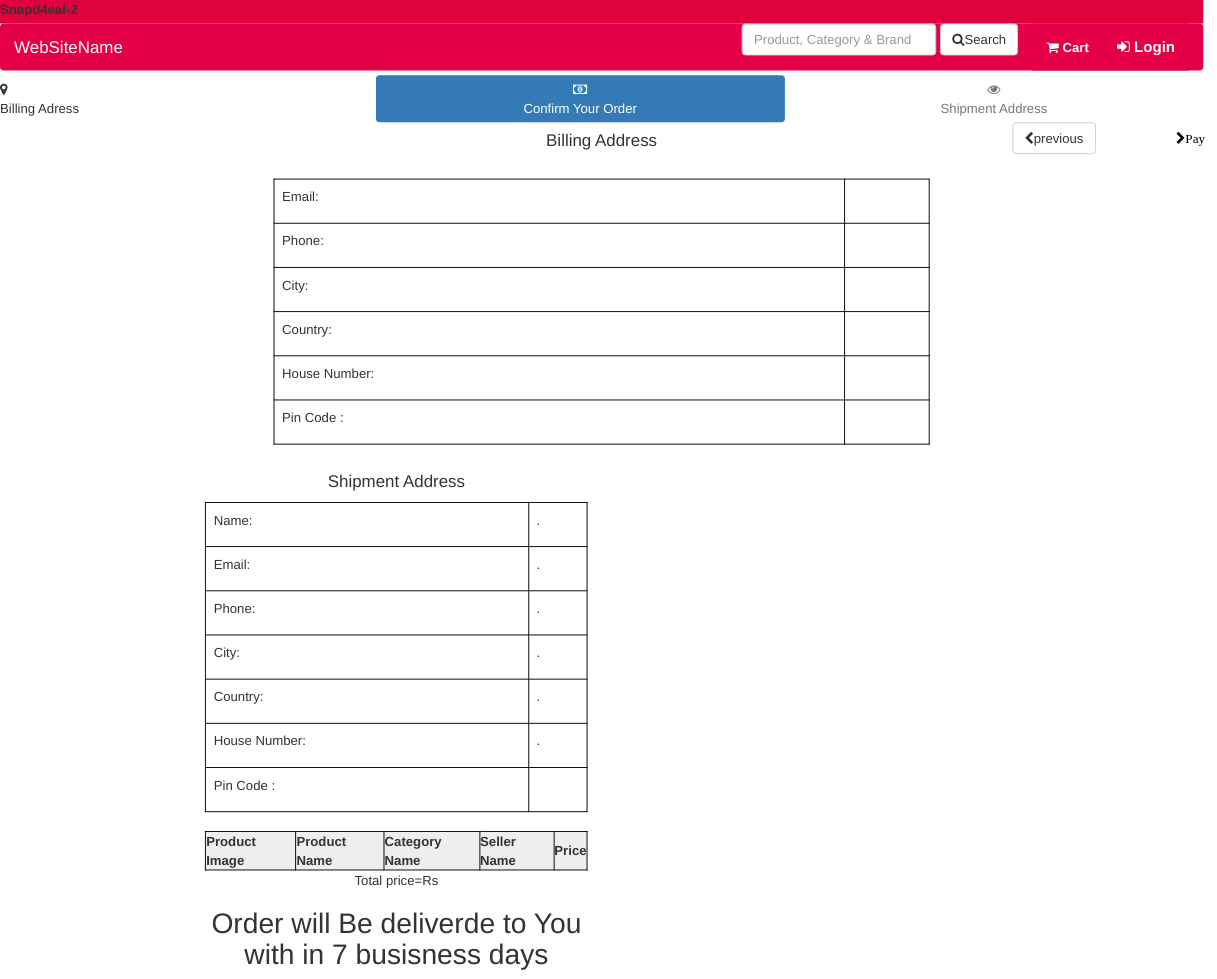
Repository: Aryans26/project
Page: http://localhost/frontend/WEB-INF/views/orderconfirm.jsp
The author's editor kept a copy of each file at every save. The page is drawn from the files as they stood at one save, then again after the next save.
The browser window is 1280 px wide. The page is 1295 px wide, so the pictures cover 1295 px, including what lies to the right of the window. The pictures show the whole page, at 94% of full size.
Some web libraries are served in a nearby version. The page is served by Tomcat 9. Nobody is signed in. The template is opened directly, without the code that normally fills it, so the values that code supplies are empty.

Above is the page before, as saved 2017-06-21 07:21:43.

After the next save:
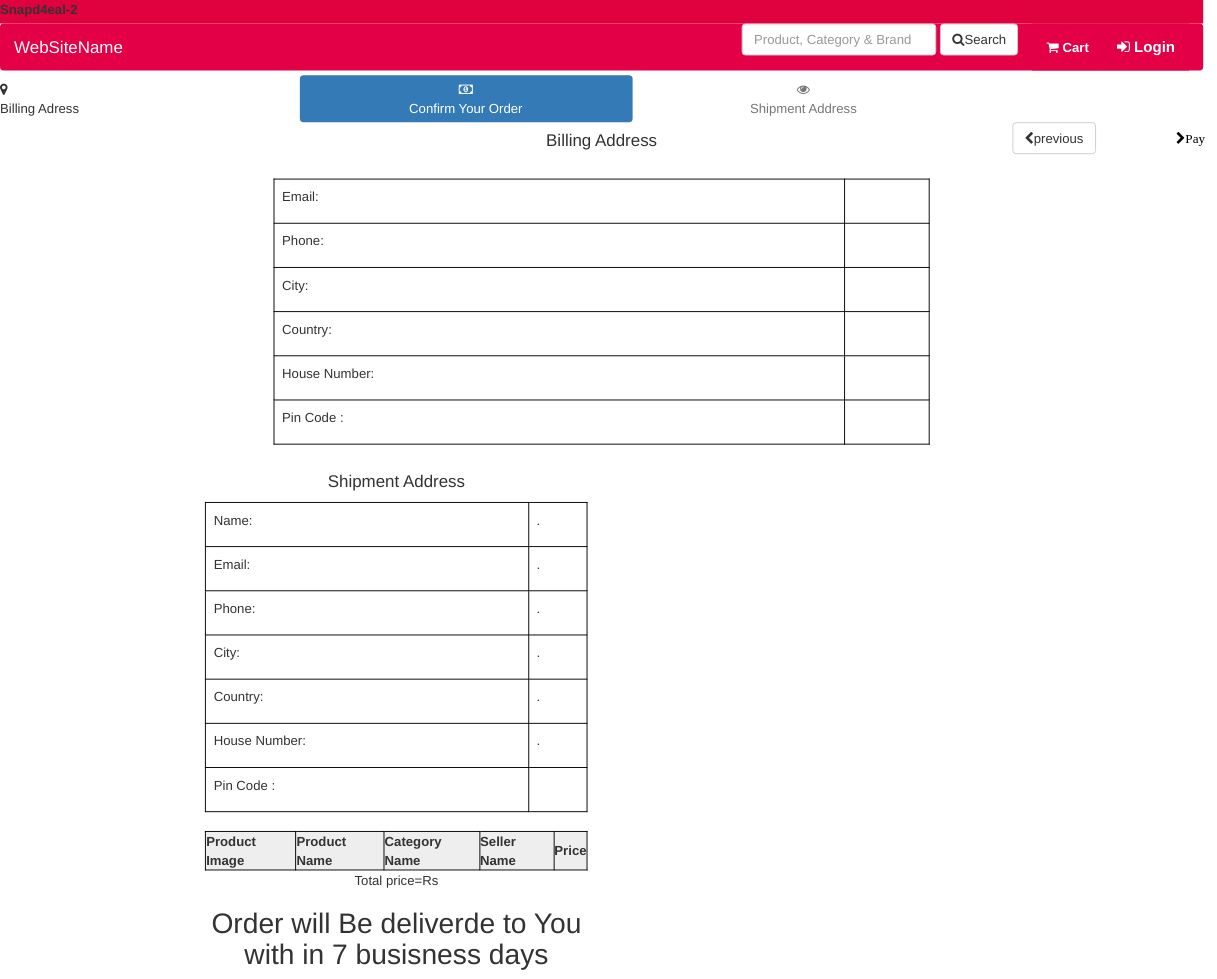
Saved 95 s later.
--- a/frontend/src/main/webapp/WEB-INF/views/orderconfirm.jsp
+++ b/frontend/src/main/webapp/WEB-INF/views/orderconfirm.jsp
@@ -19,6 +19,7 @@
 	<%@include file="navbar.jsp"%>
 
 <div class="Container">
+<div class="row col-md-10">
        <form method="post" action="shop-checkout4.html">
                                 <ul class="nav nav-pills nav-justified">
                                     <li><a href="<c:url value="/previous"/>"></a><i class="fa fa-map-marker"></i><br>Billing Adress</a></li>
@@ -26,6 +27,7 @@
                                     <li class="disabled"><a href="<c:url value="/orderconfirmation"/>"><i class="fa fa-eye"></i><br>Shipment Address</a></li>
                                 </ul>
 </form>
+</div>
 </div>
 
 
